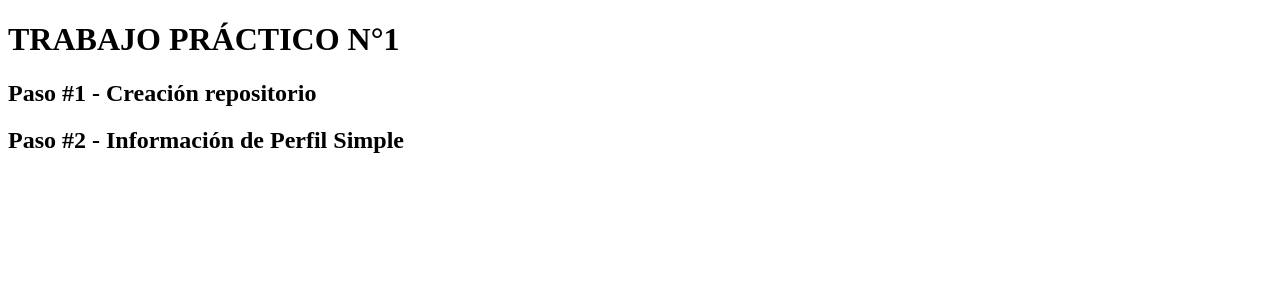
Repository: SofiaSferco/PWA
Page: practico01/index.html
An editor plug-in stored every save of this project. The page is shown before and after the next save, followed by the edit.
The browser window is 1280 px wide. The pictures show the whole page.

Above is the page before, as saved 2025-10-02 21:53:03.

After the next save:
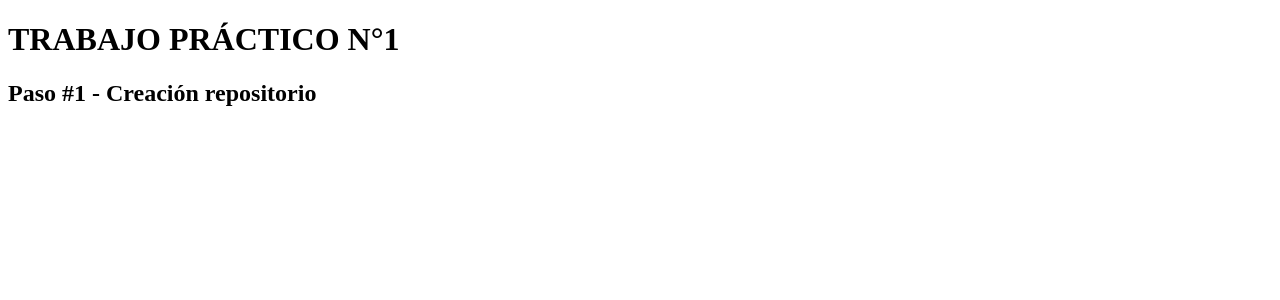
Saved 66 s later.
--- a/practico01/index.html
+++ b/practico01/index.html
@@ -16,7 +16,7 @@
         createApp({
             data() {
                 return {
-                    title: 'Paso #2 - Información de Perfil Simple'
+                    s: 'Paso #2 - Información de Perfil Simple'
                 }
             }
         }).mount('#app');

After the 2 saves that followed:
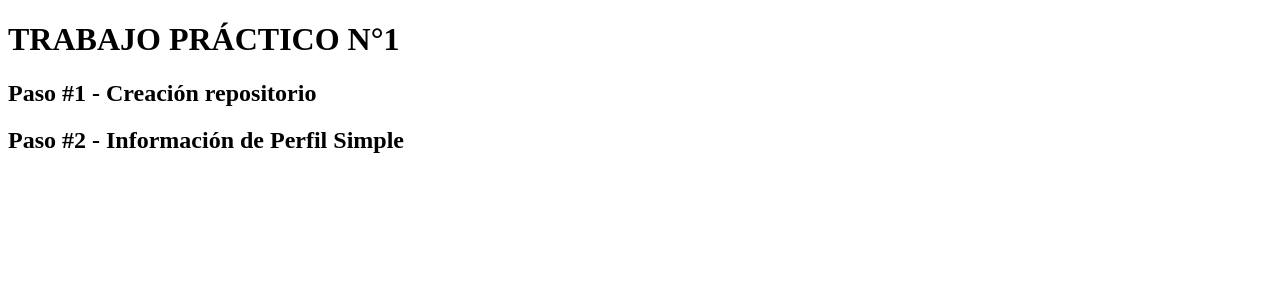
The 2 saves are shown as one change because 1 left the picture as it was.
The last was saved 11 s later.
--- a/practico01/index.html
+++ b/practico01/index.html
@@ -9,14 +9,14 @@
     <div id="app">
         <h1>TRABAJO PRÁCTICO N°1</h1>
         <h2>Paso #1 - Creación repositorio</h2>
-        <h2>{{ title }}</h2>
+        <h2>{{ segundopaso }}</h2>
     </div>
     <script>
         const { createApp } = Vue;
         createApp({
             data() {
                 return {
-                    s: 'Paso #2 - Información de Perfil Simple'
+                    segundopaso: 'Paso #2 - Información de Perfil Simple'
                 }
             }
         }).mount('#app');
